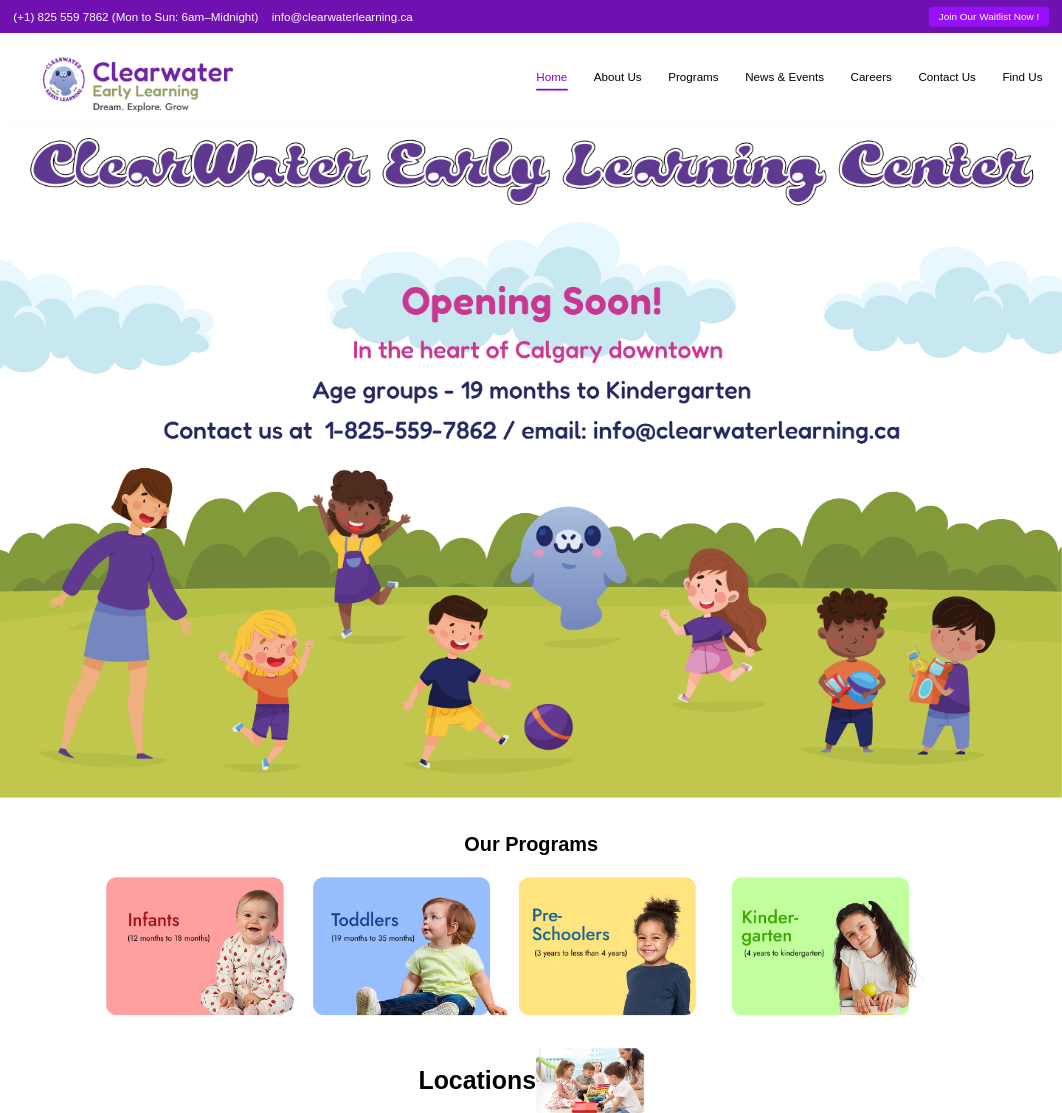
Repository: harshikabodekar/Daycare-Site
Page: /
An editor plug-in stored every save of this project. The page is shown before and after the next save, followed by the edit.
The browser window is 1280 px wide. The pictures show the whole page, at 83% of full size.
The project was rebuilt for these pictures with package versions that can differ from the ones it lists, and the page was loaded fresh each time. The framework's server and built-in components were replaced by stand-ins that run in the browser. Also part of the build but not shown: next.config.mjs.

Above is the page before, as saved 2025-06-23 11:41:41.

After the next save:
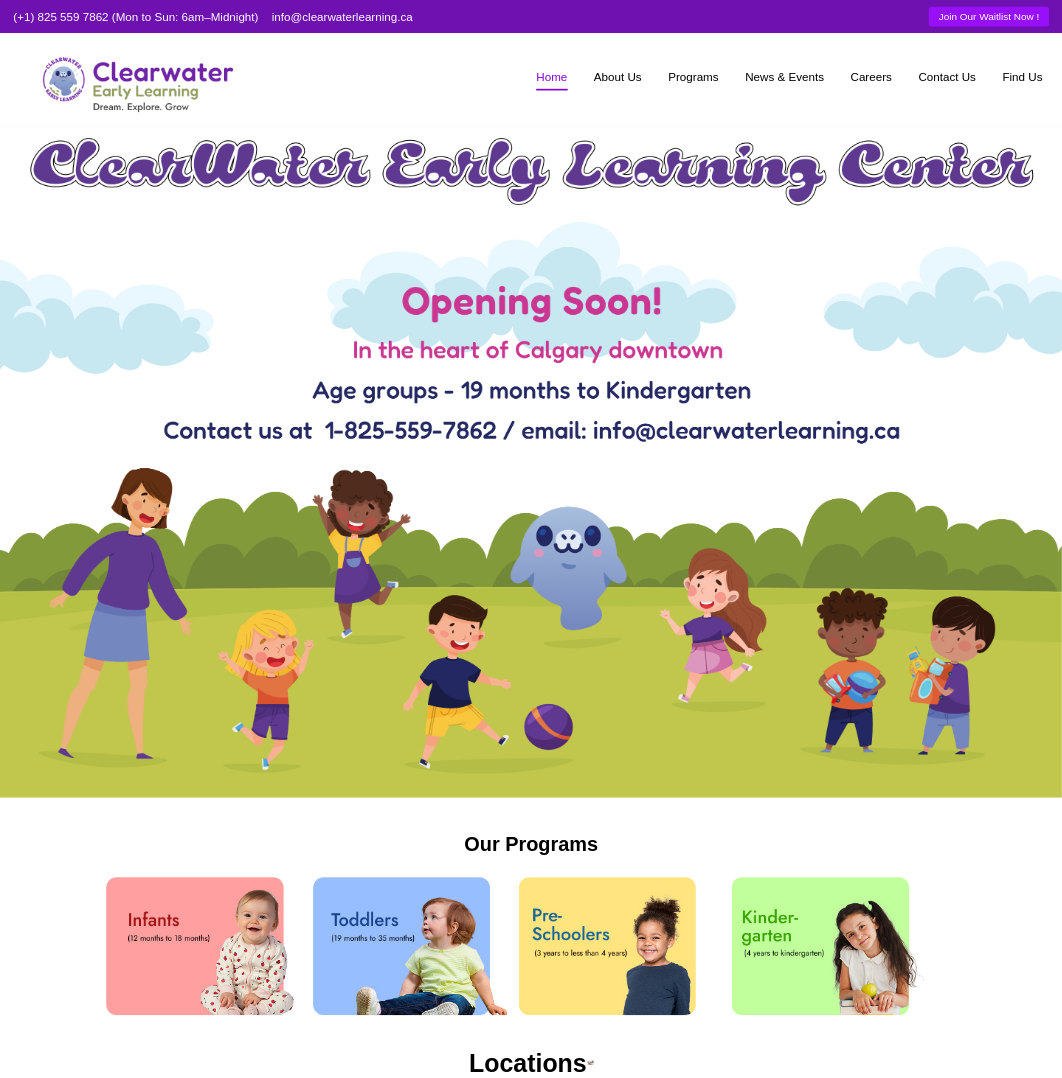
Saved 6 s later.
--- a/components/home/Location.jsx
+++ b/components/home/Location.jsx
@@ -10,7 +10,7 @@
                     alt="Background"
                     width={130}
                     height={130}
-                    className="w- h-auto object-cover"
+                    className="w-2 h-auto object-cover"
                     priority
                   />
 

After the 3 saves that followed:
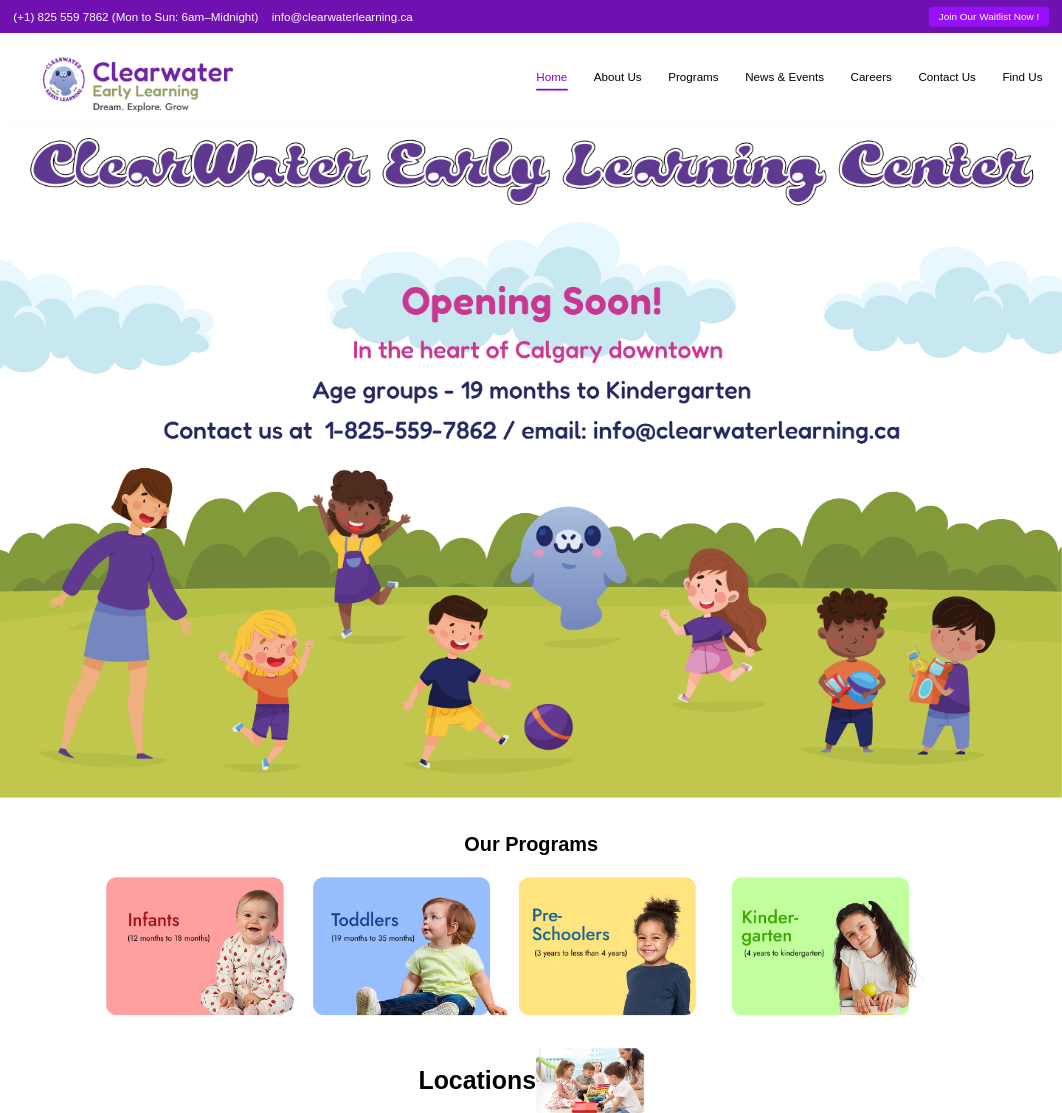
The 3 saves are shown as one change because they came seconds apart.
The last was saved 15 s later.
--- a/components/home/Location.jsx
+++ b/components/home/Location.jsx
@@ -10,7 +10,7 @@
                     alt="Background"
                     width={130}
                     height={130}
-                    className="w-2 h-auto object-cover"
+                    className="w--2 h-auto object-cover"
                     priority
                   />
 
